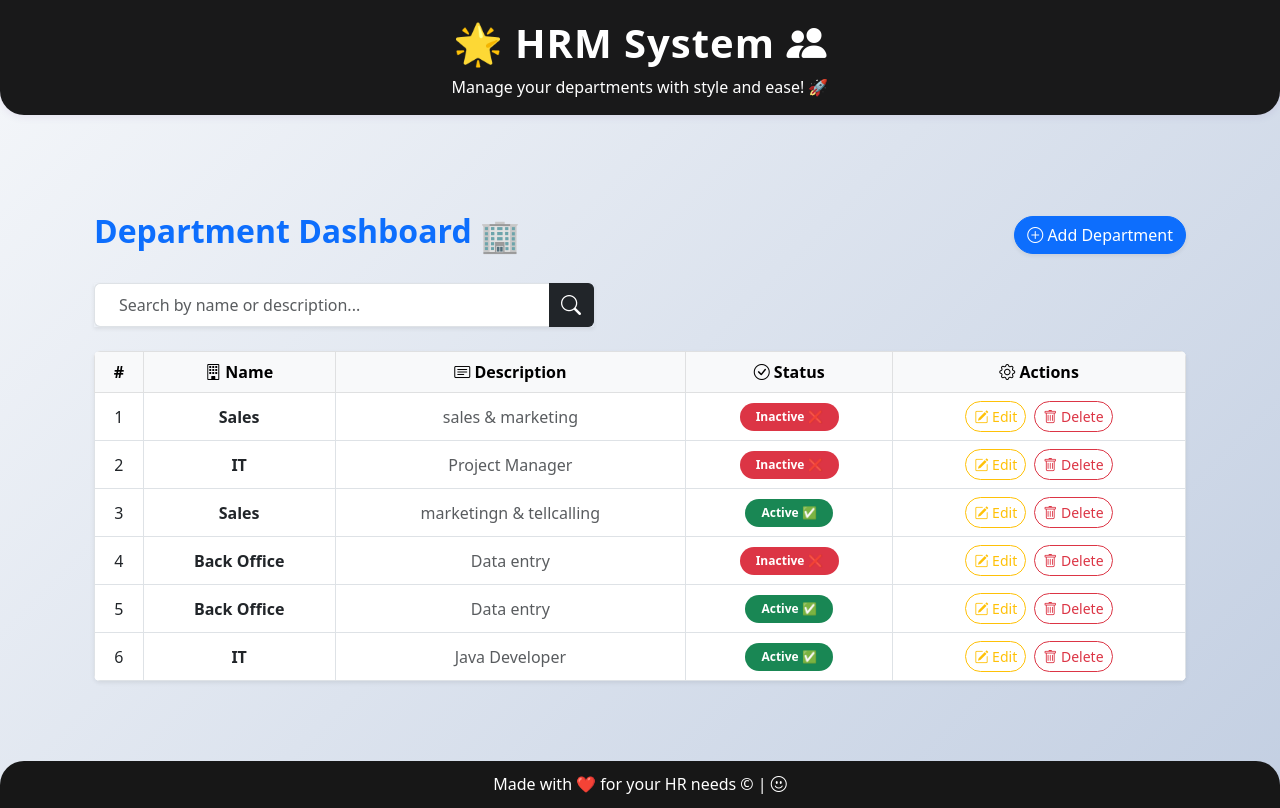
Repository: rtrupti09/HRMS
Page: http://localhost/departments/
An editor plug-in stored every save of this project. The page is shown before and after a run of saves, followed by the edit.
The browser window is 1280 px wide. The pictures show the whole page.
The page is served by the project's application, run on Django 5.2 (hrm_system/manage.py). The first stored user is signed in. Other server files are loaded and not shown. The page reads the database file committed with the project.

Above is the page before, as saved 2025-06-22 15:52:09.

### hrm_system/templates/department/dashboard.html
{% extends "base.html" %}

{% block extra_head %}
<link rel="stylesheet" href="https://cdn.jsdelivr.net/npm/bootstrap-icons@1.10.5/font/bootstrap-icons.css">
{% endblock %}

{% block content %}
<div class="container py-5">
    <!-- Header -->
    <div class="d-flex align-items-center justify-content-between mb-4">
        <div class="d-flex align-items-center">
            <h2 class="me-2 text-primary fw-bold">Department Dashboard</h2>
            <span class="fs-2">🏢</span>
        </div>
        <a href="{% url 'add_department' %}" class="btn btn-primary shadow-sm" style="border-radius: 30px;">
            <i class="bi bi-plus-circle"></i> Add Department
        </a>
    </div>

<!-- Stylish Search Form -->
<form method="get" class="input-group mb-4 shadow-sm" style="max-width: 500px;">
    <input type="text" name="search" value="{{ search }}"
           class="form-control px-4 py-2 border-end-0 "
           placeholder="Search by name or description..."
           style="font-size: 1rem;">
    <button class="btn btn-dark border-start-0 " type="submit">
        <i class="bi bi-search fs-5"></i>
    </button>
</form>


    <!-- Department Table -->
    <div class="table-responsive rounded shadow-sm">
        <table class="table table-bordered table-hover align-middle mb-0" style="background-color: #ffffff;">
            <thead class="table-light">
                <tr class="text-center">
                    <th>#</th>
                    <th><i class="bi bi-building"></i> Name</th>
                    <th><i class="bi bi-card-text"></i> Description</th>
                    <th><i class="bi bi-check-circle"></i> Status</th>
                    <th><i class="bi bi-gear"></i> Actions</th>
                </tr>
            </thead>
            <tbody>
                {% for dept in departments %}
                <tr class="text-center">
                    <td>{{ forloop.counter }}</td>
                    <td class="fw-semibold text-capitalize text-dark">{{ dept.dept_name }}</td>
                    <td class="text-muted">{{ dept.description }}</td>
                    <td>
                        {% if dept.status %}
                            <span class="badge bg-success px-3 py-2 rounded-pill">Active ✅</span>
                        {% else %}
                            <span class="badge bg-danger px-3 py-2 rounded-pill">Inactive ❌</span>
                        {% endif %}
                    </td>
                    <td>
                        <a href="{% url 'edit_department' dept.id %}" class="btn btn-sm btn-outline-warning rounded-pill me-1">
                            <i class="bi bi-pencil-square"></i> Edit
                        </a>
                        <a href="{% url 'delete_department' dept.id %}" class="btn btn-sm btn-outline-danger rounded-pill">
                            <i class="bi bi-trash"></i> Delete
                        </a>
                    </td>
                </tr>
                {% empty %}
                <tr>
                    <td colspan="5" class="text-center text-muted py-4">😕 No departments found.</td>
                </tr>
                {% endfor %}
            </tbody>
        </table>
    </div>
</div>
{% endblock %}

### hrm_system/templates/base.html
<!-- templates/base.html -->
<!DOCTYPE html>
<html lang="en">
<head>
    <meta charset="UTF-8">
    <title>HRM System</title>
    <meta name="viewport" content="width=device-width, initial-scale=1">
    <link href="https://cdn.jsdelivr.net/npm/bootstrap@5.3.0/dist/css/bootstrap.min.css" rel="stylesheet">
    <link rel="stylesheet" href="https://cdn.jsdelivr.net/npm/bootstrap-icons@1.10.5/font/bootstrap-icons.css">
    <style>
        body {
            background: linear-gradient(135deg, #f5f7fa 0%, #c3cfe2 100%);
            min-height: 100vh;
        }
        .hrm-header {
            background: #19191a;
            color: #fff;
            padding: 1.2rem 0 1rem 0;
            border-radius: 0 0 24px 24px;
            box-shadow: 0 2px 8px rgba(75,0,130,0.08);
            margin-bottom: 2rem;
        }
        .hrm-footer {
            background: #171717;
            color: #fff;
            text-align: center;
            padding: 0.7rem 0;
            border-radius: 24px 24px 0 0;
            margin-top: 2rem;
            font-size: 1rem;
        }
    </style>
    {% block extra_head %}{% endblock %}
</head>
<body>
    <div class="hrm-header text-center">
        <h1 style="font-weight:bold; letter-spacing:1px;">🌟 HRM System <i class="bi bi-people-fill"></i></h1>
        <p class="mb-0">Manage your departments with style and ease! 🚀</p>
    </div>
    <div class="container pt-3">
        {% if messages %}
        <div>
            {% for message in messages %}
                <div class="alert alert-{{ message.tags }} alert-dismissible fade show" role="alert">
                    {{ message }}
                    <button type="button" class="btn-close" data-bs-dismiss="alert"></button>
                </div>
            {% endfor %}
        </div>
        {% endif %}
        {% block content %}{% endblock %}
    </div>
    <div class="hrm-footer">
        <span>Made with ❤️ for your HR needs &copy; {{ now|date:'Y' }} | <i class="bi bi-emoji-smile"></i></span>
    </div>
</body>
</html>

### hrm_system/department/models.py
# department/models.py
from django.db import models

class Department(models.Model):
    dept_name = models.CharField(max_length=100)
    description = models.CharField(max_length=300)
    created_at = models.DateTimeField(auto_now_add=True)
    updated_at = models.DateTimeField(auto_now=True)
    status = models.BooleanField(default=True)

    def __str__(self):
        return self.dept_name

### hrm_system/department/views.py
# department/views.py
from django.shortcuts import render, redirect, get_object_or_404
from .models import Department
from .forms import DepartmentForm
from django.contrib import messages
from django.contrib.auth.decorators import user_passes_test

def admin_required(view_func):
    return user_passes_test(lambda u: u.is_superuser)(view_func)

@admin_required
def department_dashboard(request):
    departments = Department.objects.all()
    query = request.GET.get("search", "")
    if query:
        departments = departments.filter(dept_name__icontains=query)
    return render(request, "department/dashboard.html", {"departments": departments})

@admin_required
def add_department(request):
    if request.method == "POST":
        form = DepartmentForm(request.POST)
        if form.is_valid():
            form.save()
            messages.success(request, "Department added successfully.")
            return redirect('department_dashboard')
    else:
        form = DepartmentForm()
    return render(request, "department/add_edit.html", {"form": form})

@admin_required
def edit_department(request, dept_id):
    department = get_object_or_404(Department, pk=dept_id)
    if request.method == "POST":
        form = DepartmentForm(request.POST, instance=department)
        if form.is_valid():
            form.save()
            messages.success(request, "Department updated successfully.")
            return redirect('department_dashboard')
    else:
        form = DepartmentForm(instance=department)
    return render(request, "department/add_edit.html", {"form": form})

@admin_required
def delete_department(request, dept_id):
    department = get_object_or_404(Department, pk=dept_id)
    if request.method == "POST":
        department.status = False  # Soft delete
        department.save()
        messages.warning(request, "Department deactivated. Reassign employees before deletion.")
        return redirect('department_dashboard')
    return render(request, "department/confirm_delete.html", {"department": department})

### hrm_system/hrm_system/urls.py
"""
URL configuration for hrm_system project.

The `urlpatterns` list routes URLs to views. For more information please see:
    https://docs.djangoproject.com/en/5.2/topics/http/urls/
Examples:
Function views
    1. Add an import:  from my_app import views
    2. Add a URL to urlpatterns:  path('', views.home, name='home')
Class-based views
    1. Add an import:  from other_app.views import Home
    2. Add a URL to urlpatterns:  path('', Home.as_view(), name='home')
Including another URLconf
    1. Import the include() function: from django.urls import include, path
    2. Add a URL to urlpatterns:  path('blog/', include('blog.urls'))
"""
# hrm_system/urls.py

from django.contrib import admin
from django.urls import path, include
from django.shortcuts import redirect

urlpatterns = [
    path('admin/', admin.site.urls),
    path('departments/', include('department.urls')),
    path('accounts/', include('django.contrib.auth.urls')),  # ✅ Add this line
    path('', lambda request: redirect('department_dashboard')),
]

### hrm_system/department/urls.py
# department/urls.py
from django.urls import path
from . import views

urlpatterns = [
    path('', views.department_dashboard, name='department_dashboard'),
    path('add/', views.add_department, name='add_department'),
    path('edit/<int:dept_id>/', views.edit_department, name='edit_department'),
    path('delete/<int:dept_id>/', views.delete_department, name='delete_department'),
]

### hrm_system/db.sqlite3 (the tables this page reads, as SQL)
CREATE TABLE "auth_user" ("id" integer NOT NULL PRIMARY KEY AUTOINCREMENT, "password" varchar(128) NOT NULL, "last_login" datetime NULL, "is_superuser" bool NOT NULL, "username" varchar(150) NOT NULL UNIQUE, "last_name" varchar(150) NOT NULL, "email" varchar(254) NOT NULL, "is_staff" bool NOT NULL, "is_active" bool NOT NULL, "date_joined" datetime NOT NULL, "first_name" varchar(150) NOT NULL);
INSERT INTO "auth_user" VALUES
(1, 'pbkdf2_sha256$1000000$klXm5yfIOGV7m5jneleXNI$T7tebBIVv4do04abtiFRVLbcZeciDKrjFDq6fdQjkgs=', '2025-06-22 09:39:57.673721', 1, 'admin', '', '', 1, 1, '2025-06-22 09:14:34.032178', '');

CREATE TABLE "department_department" ("id" integer NOT NULL PRIMARY KEY AUTOINCREMENT, "dept_name" varchar(100) NOT NULL, "description" varchar(300) NOT NULL, "created_at" datetime NOT NULL, "updated_at" datetime NOT NULL, "status" bool NOT NULL);
INSERT INTO "department_department" VALUES
(1, 'sales', 'sales & marketing', '2025-06-22 09:48:29.772689', '2025-06-22 09:53:15.225973', 0),
(2, 'IT', 'Project Manager', '2025-06-22 09:50:40.913259', '2025-06-22 09:50:45.176349', 0),
(3, 'sales', 'marketingn & tellcalling', '2025-06-22 09:53:28.339740', '2025-06-22 09:53:44.053389', 1),
(4, 'back office', 'Data entry', '2025-06-22 09:54:09.921954', '2025-06-22 09:54:14.452761', 0),
(5, 'back office', 'Data entry', '2025-06-22 09:54:41.224577', '2025-06-22 09:54:41.224597', 1),
(6, 'IT', 'Java Developer', '2025-06-22 10:01:21.121885', '2025-06-22 10:01:21.121905', 1);

After the next 2 saves:
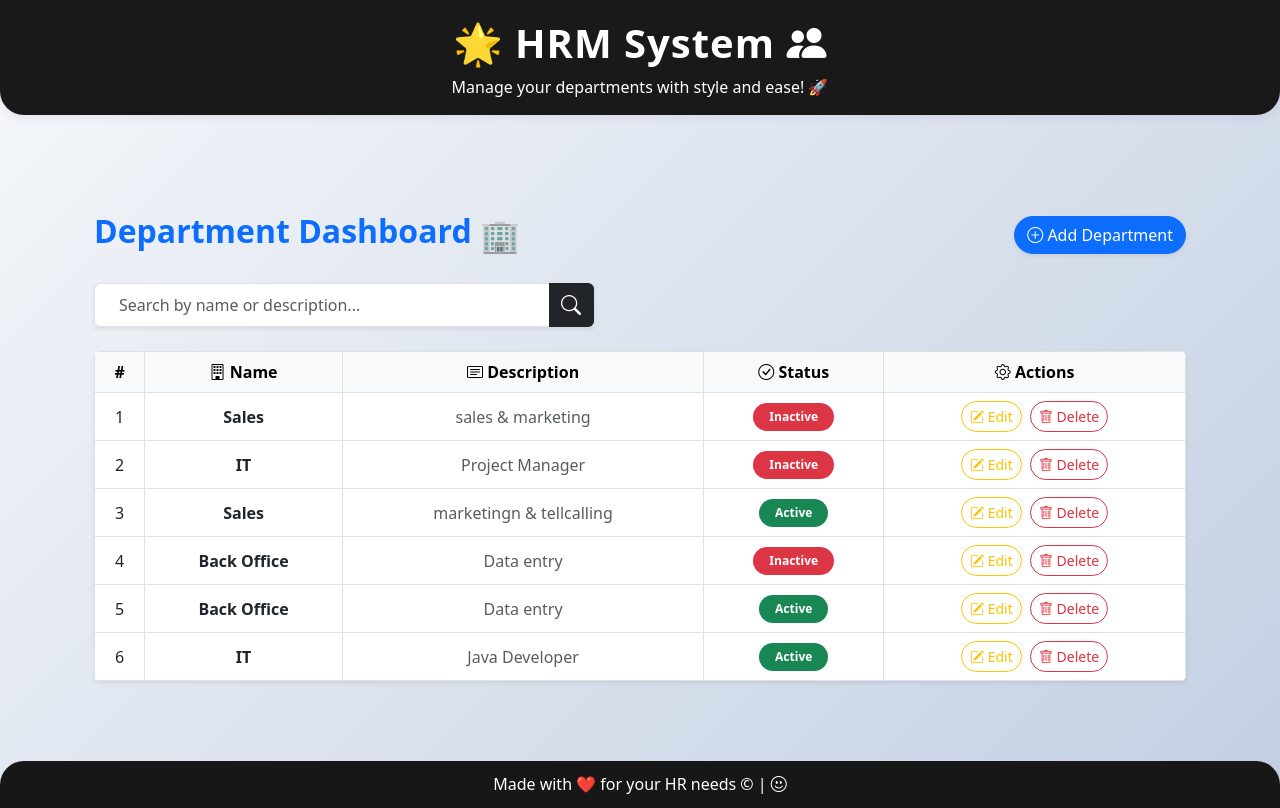
The 2 saves are shown as one change because they came seconds apart.
The last was saved 32 s later.
--- a/hrm_system/templates/department/dashboard.html
+++ b/hrm_system/templates/department/dashboard.html
@@ -49,9 +49,9 @@
                     <td class="text-muted">{{ dept.description }}</td>
                     <td>
                         {% if dept.status %}
-                            <span class="badge bg-success px-3 py-2 rounded-pill">Active ✅</span>
+                            <span class="badge bg-success px-3 py-2 rounded-pill">Active</span>
                         {% else %}
-                            <span class="badge bg-danger px-3 py-2 rounded-pill">Inactive ❌</span>
+                            <span class="badge bg-danger px-3 py-2 rounded-pill">Inactive</span>
                         {% endif %}
                     </td>
                     <td>
